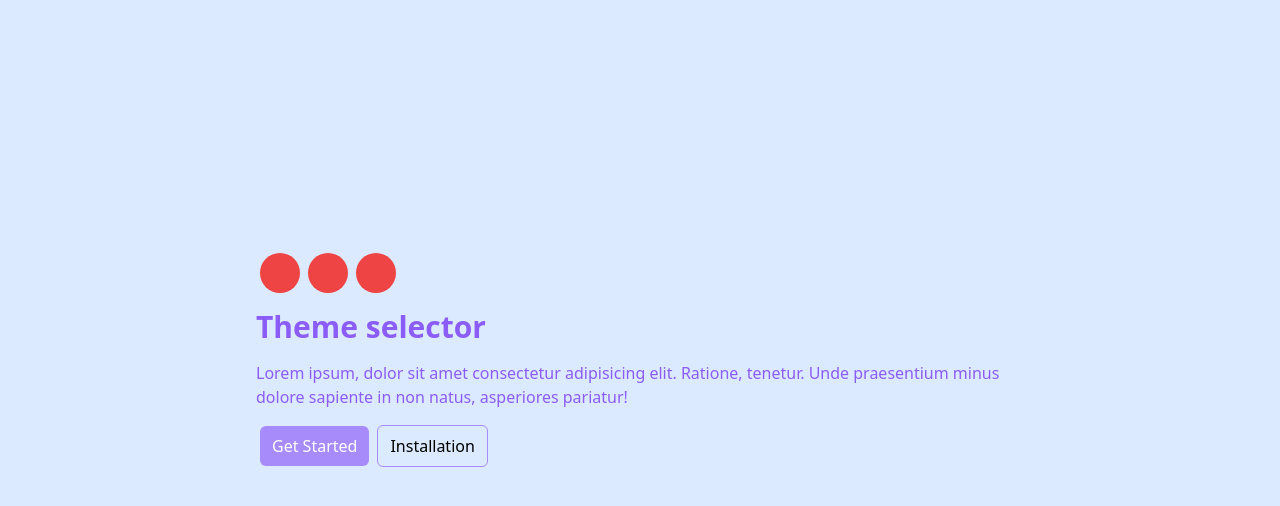
Repository: prince-bansal/tailwind-theme-switcher
Page: /
The author's editor kept a copy of each file at every save. The page is drawn from the files as they stood at one save, then again after the next save.
The browser window is 1280 px wide. The pictures show the whole page.
The project was rebuilt for these pictures with package versions that can differ from the ones it lists, and the page was loaded fresh each time. Also part of the build but not shown: vite.config.ts, src/index.css.

Above is the page before, as saved 2024-03-17 19:35:03.

After the next save:
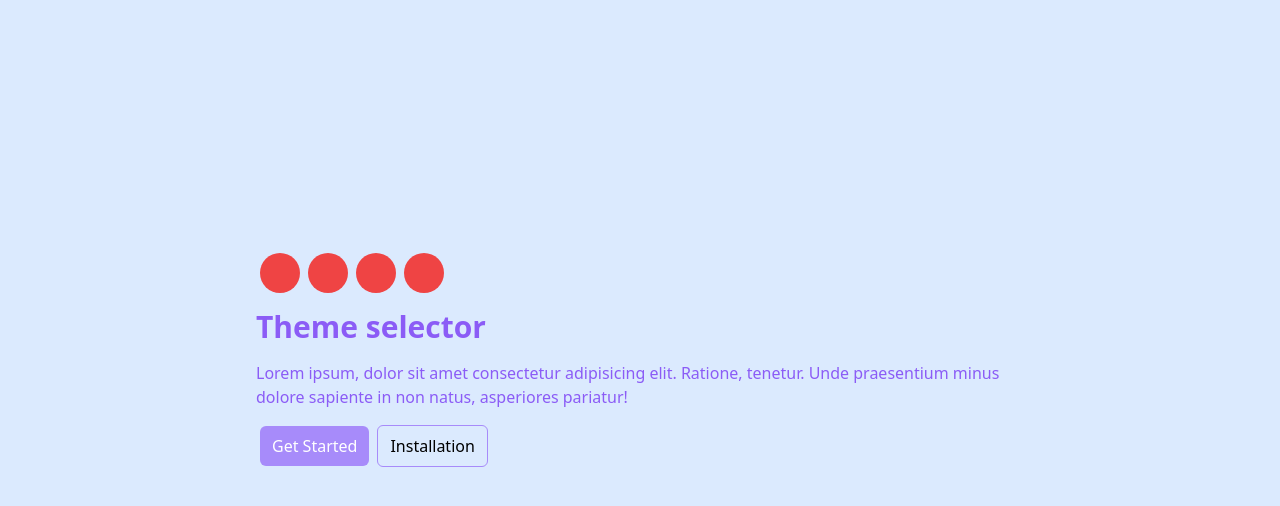
Saved 5 s later.
--- a/src/App.tsx
+++ b/src/App.tsx
@@ -9,7 +9,7 @@ function App() {
     <div className={`${theme} bg-fill min-h-screen flex items-center justify-center`}>
       <div className="w-[60%] m-auto">
         <div className="flex">
-          {["red", "blue", "green"].map((color) => (
+          {["red", "blue", 'pruple', "green"].map((color) => (
             <div
               onClick={() => setTheme("red")}
               className={`cursor-pointer h-10 rounded-full w-10 bg-red-500 ${color} mx-1`}
